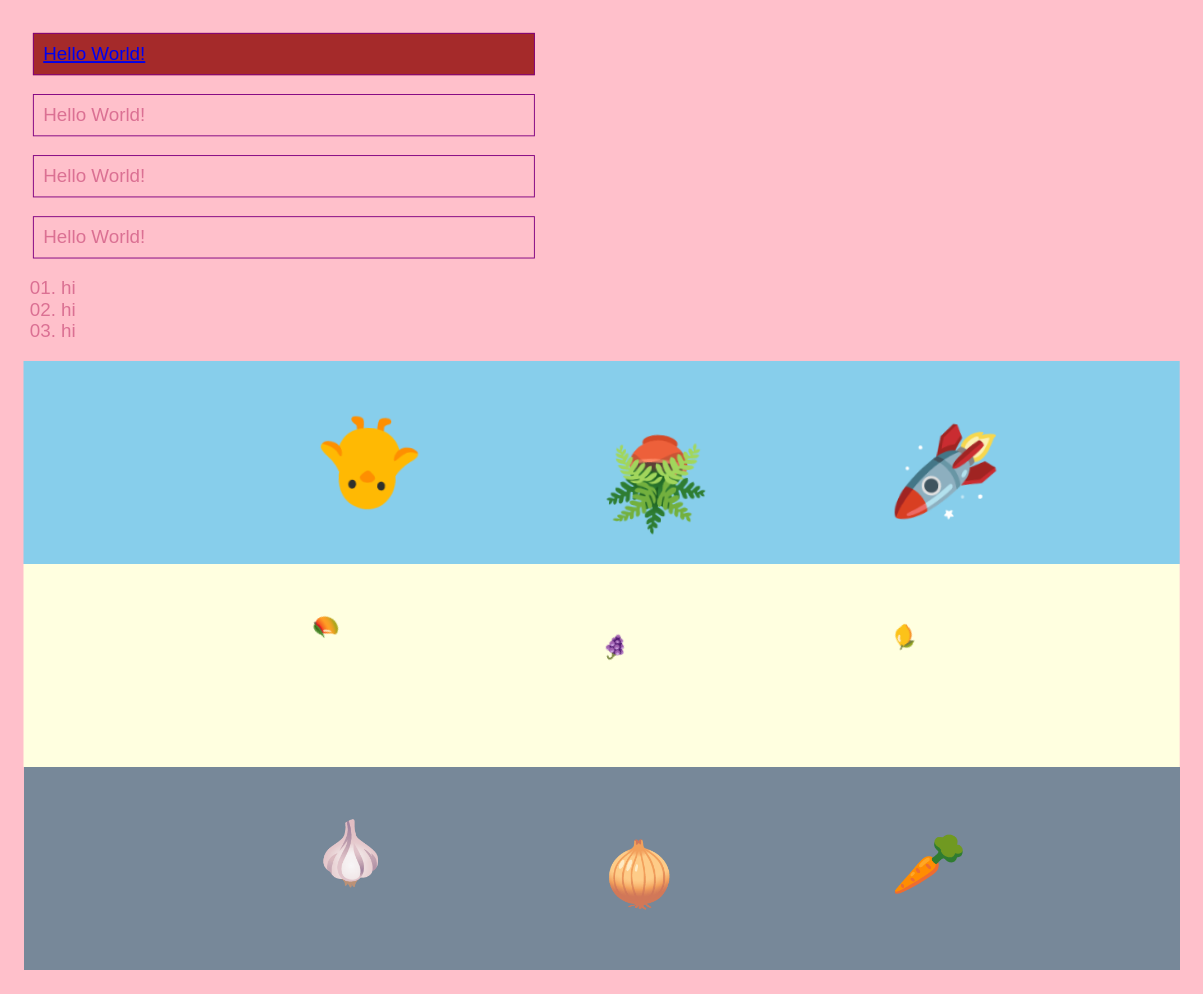
Repository: j1s00jang/MDIA-2109
Page: index2.html
The author's editor kept a copy of each file at every save. The page is drawn from the files as they stood at one save, then again after the next save.
The browser window is 1280 px wide. The pictures show the whole page, at 94% of full size.
Some web libraries are served in a nearby version.

Above is the page before, as saved 2025-02-24 11:13:07.

### index2.html
<!DOCTYPE html>
<html lang="en">
<head>
    <meta charset="UTF-8">
    <meta name="viewport" content="width=device-width, initial-scale=1.0">
    <title>Document</title>
    <link rel="stylesheet" href="css/style.css">
</head>
<body>
    <!-- <section>
        Hello World!🐶
    </section>
    <section class="container">
        And Hello!🐻‍❄️
    </section>
    <section class="container" id="specific-container">
        Hello, Teenie!🐰
    </section>
    <section class="section">
        <section class="container">
            Hello fox!🦊
        </section>
    id is override everything!
    id > selector > element
    !important <- it makes absolute value, not effected
    </section> -->



    <section class="container">
        <a href="321.html" class="link">Hello World!</a>
    </section>
    <section class="container">
        Hello World!
    </section>
    <section class="container">
        Hello World!
    </section>
    <section class="container">
        Hello World!
    </section>
    <ul>
        <li>
            hi
        </li>
        <li>
            hi
        </li>
        <li>
            hi
        </li>
    </ul>



    <div class="css">
        <span class="css__spinner spin">🐥</span>
        <span class="css__spinner moreSpin">🪴</span>
        <span class="css__spinner mostSpin">🚀</span>
    </div>

    <div class="js">
        <span class="js__spinner spin">🥭</span>
        <span class="js__spinner moreSpin">🍇</span>
        <span class="js__spinner mostSpin">🍋</span>
    </div>


    <div class="gsap">
        <span class="gsap__spinner spin">🧄</span>
        <span class="gsap__spinner moreSpin">🧅</span>
        <span class="gsap__spinner mostSpin">🥕</span>
    </div>

    <script src="script.js"></script>
    <script src="https://cdn.jsdelivr.net/npm/gsap@3.12.7/dist/gsap.min.js"></script>



</body>
</html>

### css/style.css
/* Resets and Basics */

html {
    font-family: "Futura", sans-serif;
    font-size: 1.25em;
    background-color: pink;
    padding: 1.25em;
    color:palevioletred;
}

body {
    margin: 0;
}


section {
    border: 1px solid gray;
    /* border-width: 1px;
    border-style: solid;
    border-color: gray; */
    width: 40vw;
    /* vw is almost similar with % */
    padding: 10px;
    margin: 10px;
}


section .container {
    border-color: darkorange;
}

.container {
    border: 1px solid;
    border-color: purple;
    transition: all 0.5s;
}


.container:first-child {
    background-color: brown;
}




.container:hover {
    width: 50vw;
}

.container + .container {
    margin-top: 20px;
}


.link {
    transition: background-color 1s;
}

.link:hover {
    text-decoration: underline;
    color: gray;
    background-color: hotpink;
}



#specific-container {
    border-color: blue;
}


ul {
    list-style-type: decimal-leading-zero;
}







.icon-box {
    padding: 5px;
}

.icon-box__image {
    width: 40px;
    height: 40px;
}

.icon-box__heading {
    font-size: 20px;
    margin: 10px 0;
    text-align: center;
}

.icon-box__text {
    color: gray;
    font-size: 12px;
}


/* Animations */

.css,
.js,
.gsap {
    position: relative;
    height: 30vh;
    font-size: 65px;
}

.css {
    background: skyblue;
}

.js {
    background: lightyellow;
}


.gsap {
    background: lightslategray;
}

.css__spinner,
.js__spinner,
.gsap__spinner {
    position: absolute;
}


.css__spinner {
    animation: makeItSpin 3s ease-in infinite;
}



.spin { left: 25%; top: 25%; }
.moreSpin { left: 50%; top: 35%; }
.mostSpin { left: 75%; top: 30%; }



@keyframes makeItSpin {
    0% {
        transform: rotate(0);
    }
    50% {
        font-size: 100px;
    }
    100% {
        transform: rotate(360deg);
    }
}

### script.js
const $spin = document.querySelector(".js__spinner.spin");
const $moreSpin = document.querySelector(".js__spinner.moreSpin");
const $mostSpin = document.querySelector(".js__spinner.mostSpin");




const keyframes = [
    { transform: "rotate(0)" },
    {
        transform: "rotate(360deg)",
        fontSize: "0"
     }
];



const options = {
    duration: 3000,
    iterations: Infinity,

}


$spin.animate(keyframes, options);
$moreSpin.animate(keyframes, options);
$mostSpin.animate(keyframes, options);

After the next save:
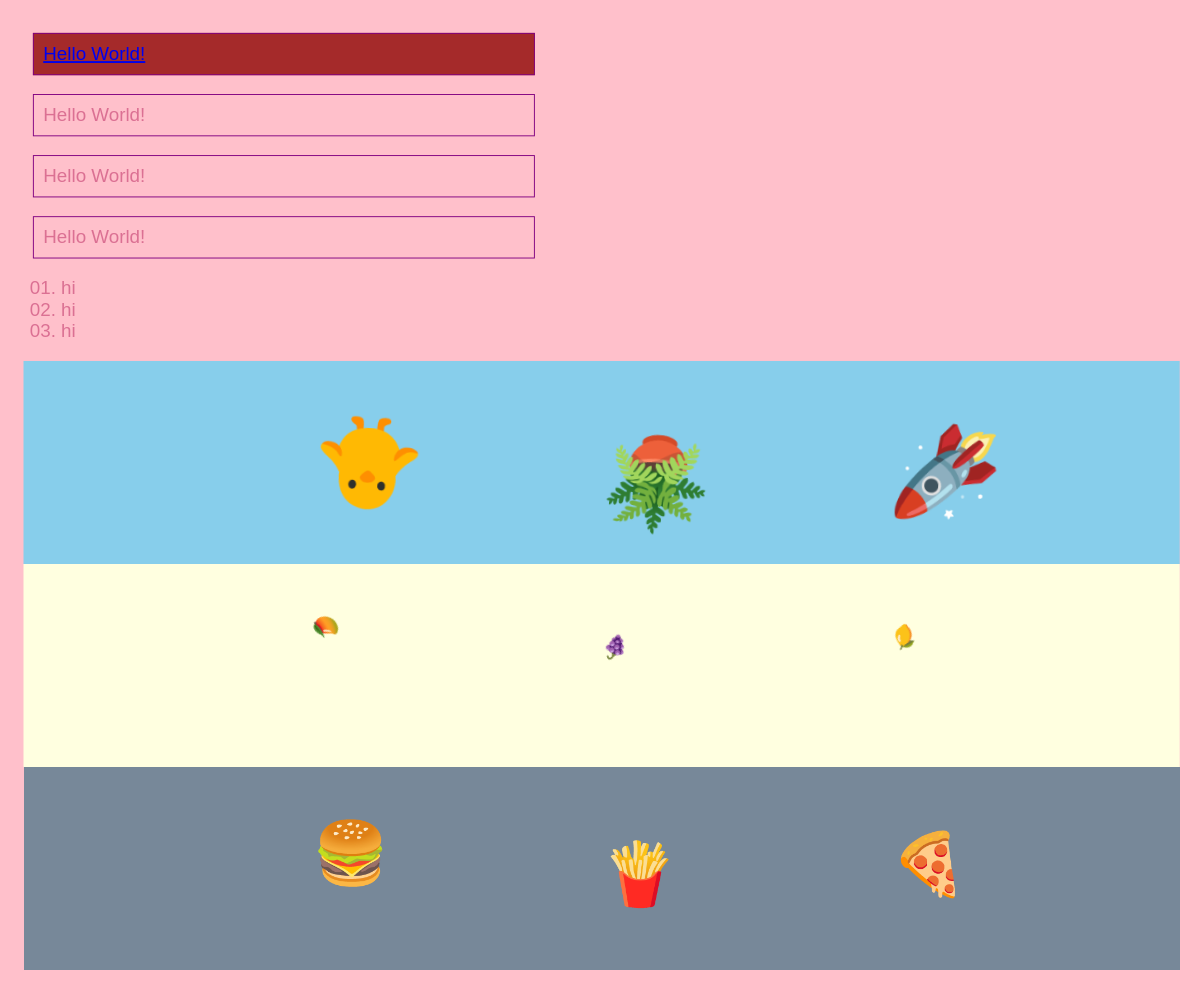
Saved 43 s later.
--- a/index2.html
+++ b/index2.html
@@ -67,9 +67,9 @@
 
 
     <div class="gsap">
-        <span class="gsap__spinner spin">🧄</span>
-        <span class="gsap__spinner moreSpin">🧅</span>
-        <span class="gsap__spinner mostSpin">🥕</span>
+        <span class="gsap__spinner spin">🍔</span>
+        <span class="gsap__spinner moreSpin">🍟</span>
+        <span class="gsap__spinner mostSpin">🍕</span>
     </div>
 
     <script src="script.js"></script>
